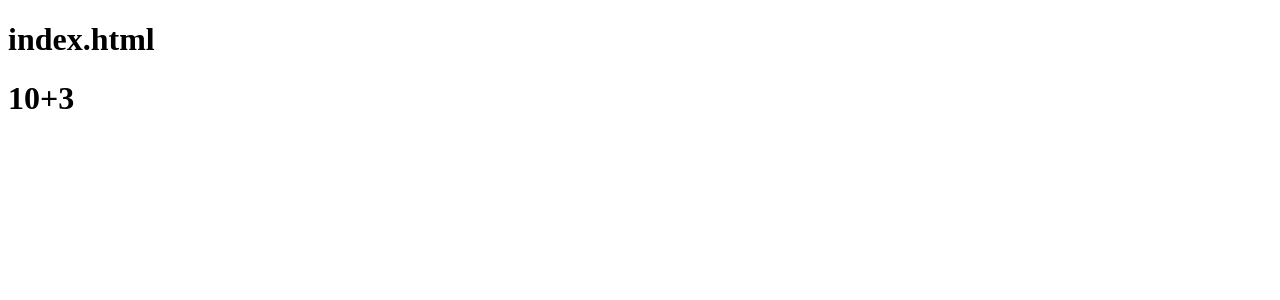
Repository: BEOMJINI/greenJsp
Page: http://localhost/basic/
The author's editor kept a copy of each file at every save. The page is drawn from the files as they stood at one save, then again after the next save.
The browser window is 1280 px wide. The pictures show the whole page.
The page is served by Tomcat 9. Other server files are loaded and not shown.

Above is the page before, as saved 2023-02-21 02:36:35.

### jspWorkspace/basic/src/main/webapp/index.html
<!DOCTYPE html>
<html>
<head>
<meta charset="UTF-8">
<title>Insert title here</title>
</head>
<body>
<h1>index.html</h1>
<h1>10+3</h1>
</body>
</html>

After the next save:
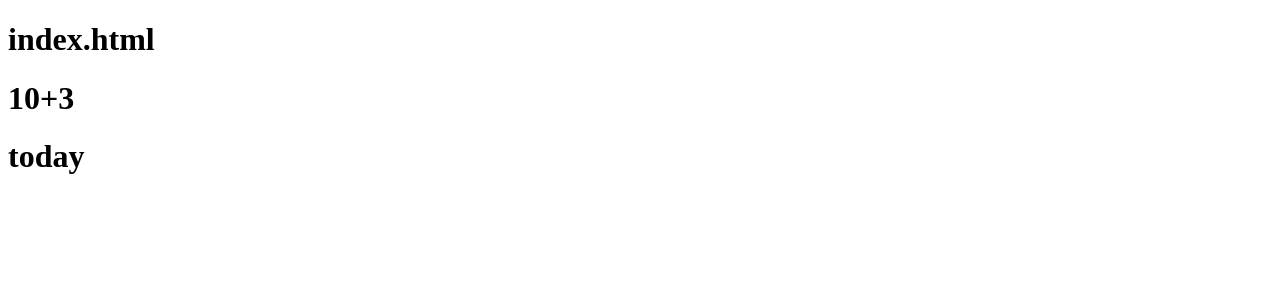
Saved 115 s later.
--- a/jspWorkspace/basic/src/main/webapp/index.html
+++ b/jspWorkspace/basic/src/main/webapp/index.html
@@ -6,6 +6,8 @@
 </head>
 <body>
 <h1>index.html</h1>
+<!-- 주석이다 html -->
 <h1>10+3</h1>
+<h1>today </h1>
 </body>
 </html>
